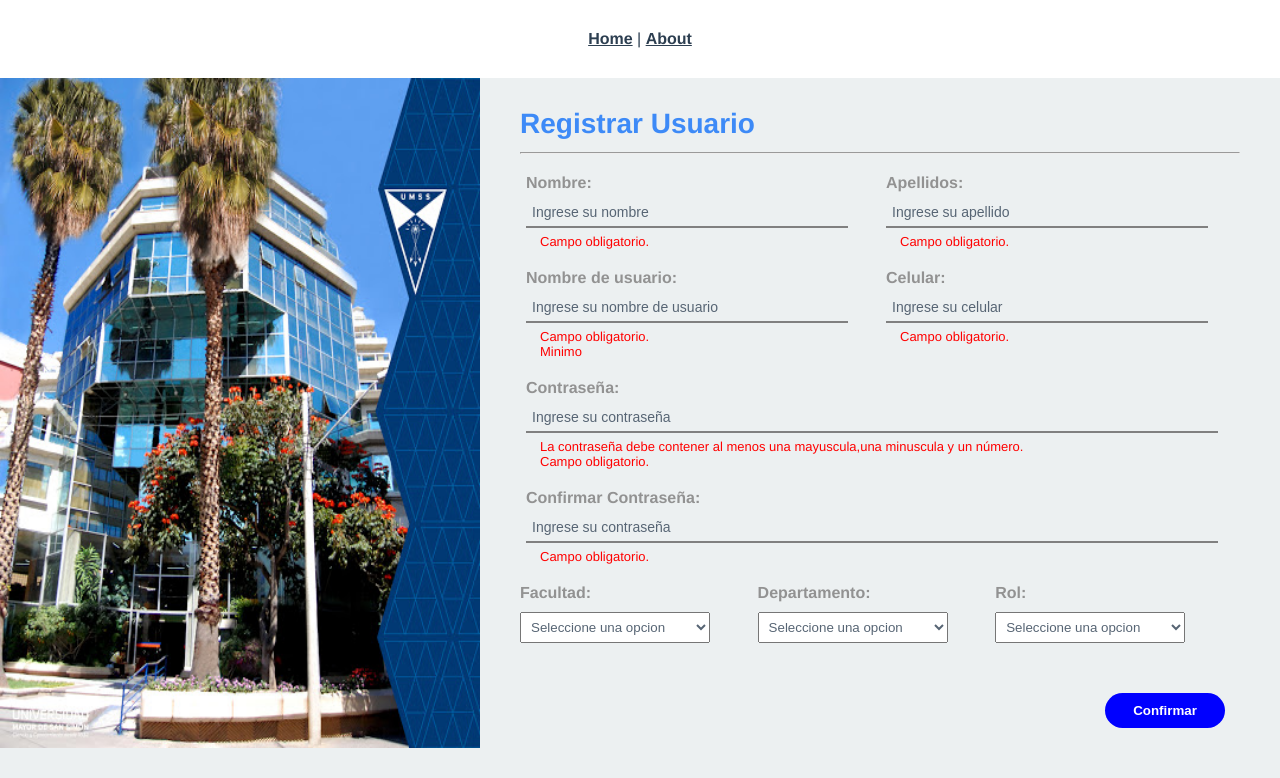
Repository: BritanyTorrico/front-cotizaciones
Page: /register
These files come from the project's save history. The page is drawn as it stood at one moment and after the next save; the edit follows.
The browser window is 1280 px wide. The pictures show the whole page.
The project was rebuilt for these pictures with package versions that can differ from the ones it lists, and the page was loaded fresh each time. Also part of the build but not shown: vue.config.js, src/components/HelloWorld.vue, src/views/Home.vue.

Above is the page before, as saved 2021-04-22 23:13:56.

### src/main.js
import Vue from "vue";
import App from "./App.vue";
import router from "./router";
import store from "./store";
import instance from "@/services/axios";
import Vuelidate from "vuelidate";
Vue.config.productionTip = false;
Vue.prototype.$http = instance;
Vue.use(Vuelidate);
new Vue({
    router,
    store,
    render: (h) => h(App),
}).$mount("#app");

### src/App.vue
<template>
  <div id="app">
    <div id="nav">
      <router-link to="/">Home</router-link> |
      <router-link to="/about">About</router-link>
    </div>
    <router-view />
  </div>
</template>

<style>
* {
  padding: 0;
  margin: 0;
}
:root {
  --color-title: #3d8af7;
  --color-name: #929292;
  --color-line: #c0c0c0;
}
#app {
  font-family: Avenir, Helvetica, Arial, sans-serif;
  -webkit-font-smoothing: antialiased;
  -moz-osx-font-smoothing: grayscale;
  text-align: center;
  color: #2c3e50;
}

#nav {
  padding: 30px;
}

#nav a {
  font-weight: bold;
  color: #2c3e50;
}

#nav a.router-link-exact-active {
  color: #42b983;
}
</style>

### src/router/index.js
import Vue from "vue";
import VueRouter from "vue-router";
import Home from "../views/Home.vue";

Vue.use(VueRouter);

const routes = [{
        path: "/",
        name: "Home",
        component: Home,
    },
    {
        path: "/about",
        name: "About",
        // route level code-splitting
        // this generates a separate chunk (about.[hash].js) for this route
        // which is lazy-loaded when the route is visited.
        component: () =>
            import ( /* webpackChunkName: "about" */ "../views/About.vue"),
    },
    {
        path: "/register",
        name: "RegisterUserPage",
        component: () =>
            import ("../views/RegisterUserPage.vue"),
    },
];

const router = new VueRouter({
    mode: "history",
    base: process.env.BASE_URL,
    routes,
});

export default router;

### src/services/axios.js
import axios from "axios";

const instance = axios.create({
    baseURL: "http://localhost:4000/",
    headers: { "Content-Type": "application/json" },
});

export default instance;

### src/views/RegisterUserPage.vue
<template>
  <div>
    <register-user />
  </div>
</template>

<script>
import RegisterUser from "@/components/User/RegisterUser.vue";
export default {
  components: { RegisterUser },
  name: "RegisterUserPage",
};
</script>

<style lang="scss" scoped></style>

### src/components/User/RegisterUser.vue
<template>
  <div class="container">
    <form @submit.prevent="submitForm">
      <div class="flex-container">
        <div class="form__image">
          <img src="@/assets/edificioUMSS.jpg" alt="" />
        </div>

        <div class="form__datos">
          <div class="form_title">
            <h1>Registrar Usuario</h1>
            <hr class="form__linea" />
          </div>
          <div class="form__section">
            <div class="form__name">
              <label
                ><div class="formulario_label">Nombre:</div>
                <input
                  v-on:keydown="keyhandler($event)"
                  :class="
                    $v.users.nombres.$invalid
                      ? 'form_check-input-error'
                      : 'form__input'
                  "
                  type="text"
                  placeholder="Ingrese su nombre"
                  v-model="users.nombres"
                />
              </label>
              <div class="form_check-error" v-if="!$v.users.nombres.required">
                Campo obligatorio.
              </div>
              <div class="form_check-error" v-if="!$v.users.nombres.maxLength">
                Máximo
                {{ $v.users.nombres.$params.maxLength.max }}caracteres.
              </div>
            </div>
            <div class="form__name">
              <label
                ><div class="formulario_label">Apellidos:</div>
                <input
                  :class="
                    $v.users.apellidos.$invalid
                      ? 'form_check-input-error'
                      : 'form__input'
                  "
                  type="text"
                  placeholder="Ingrese su apellido"
                  required
                  v-model="users.apellidos"
                />
              </label>
              <div class="form_check-error" v-if="!$v.users.apellidos.required">
                Campo obligatorio.
              </div>
              <div
                class="form_check-error"
                v-if="!$v.users.apellidos.maxLength"
              >
                Máximo
                {{ $v.users.apellidos.$params.maxLength.max }} caracteres.
              </div>
            </div>
          </div>
          <div class="form__section">
            <div class="form__name">
              <label
                ><div class="formulario_label">Nombre de usuario:</div>
                <input
                  :class="
                    $v.users.nombre_usuario.$invalid
                      ? 'form_check-input-error'
                      : 'form__input'
                  "
                  type="text"
                  placeholder="Ingrese su nombre de usuario"
                  v-model="users.nombre_usuario"
                  required
                />
              </label>
              <div
                class="form_check-error"
                v-if="!$v.users.nombre_usuario.required"
              >
                Campo obligatorio.
              </div>
              <div
                class="form_check-error"
                v-if="!$v.users.nombre_usuario.minLength"
              >
                Minimo
              </div>
              <div
                class="form_check-error"
                v-if="!$v.users.nombre_usuario.maxLength"
              >
                Máximo
                {{ $v.users.nombre_usuario.$params.maxLength.max }} caracteres.
              </div>
            </div>
            <div class="form__name">
              <label
                ><div class="formulario_label">Celular:</div>
                <input
                  :class="
                    $v.users.celular.$invalid
                      ? 'form_check-input-error'
                      : 'form__input'
                  "
                  type="text"
                  placeholder="Ingrese su celular"
                  v-model="users.celular"
                />
              </label>
              <div class="form_check-error" v-if="!$v.users.celular.required">
                Campo obligatorio.
              </div>
            </div>
          </div>
          <div class="form__section2">
            <div class="formulario_label">Contraseña:</div>
            <input
              type="password"
              :class="
                $v.users.contrasena.$invalid
                  ? 'form_check-input-error'
                  : 'form__input'
              "
              placeholder="Ingrese su contraseña"
              v-model="users.contrasena"
            />

            <div class="form_check-error" v-if="!$v.users.contrasena.valid">
              La contraseña debe contener al menos una mayuscula,una minuscula y
              un número.
            </div>
            <div class="form_check-error" v-if="!$v.users.contrasena.required">
              Campo obligatorio.
            </div>
            <div class="form_check-error" v-if="!$v.users.contrasena.maxLength">
              Contraseña muy larga máximo
              {{ $v.users.contrasena.$params.maxLength.max }} caracteres.
            </div>
          </div>
          <div class="form__section2">
            <div class="formulario_label">Confirmar Contraseña:</div>
            <input
              type="password"
              :class="
                $v.users.confirmarContraseña.$invalid
                  ? 'form_check-input-error'
                  : 'form__input'
              "
              placeholder="Ingrese su contraseña"
              v-model="users.confirmarContraseña"
              id="validar"
            />
            <div
              class="form_check-error"
              v-if="!$v.users.confirmarContraseña.required"
            >
              Campo obligatorio.
            </div>
            <div
              class="form_check-error"
              v-if="!$v.users.confirmarContraseña.sameAsPassword"
            >
              Las contraseñas debe coincidir.
            </div>
            <div
              class="form_check-error"
              v-if="!$v.users.confirmarContraseña.maxLength"
            >
              Contraseña muy larga maximo
              {{ $v.users.confirmarContraseña.$params.maxLength.max }}
              caracteres.
            </div>
          </div>
          <div class="form__section3">
            <div class="fomrm__section__item">
              <lista-desplegable
                v-model="users.facultad"
                nombreLista="Facultad:"
                :lista="listfacultad"
              ></lista-desplegable>
            </div>
            <div class="fomrm__section__item">
              <lista-desplegable
                v-model="users.departamento"
                nombreLista="Departamento:"
                :lista="listDepartament"
              ></lista-desplegable>
            </div>
            <div class="fomrm__section__item">
              <lista-desplegable
                v-model="users.nombre_rol"
                nombreLista="Rol:"
                :lista="listRoles"
              ></lista-desplegable>
            </div>
          </div>
          <div class="boton">
            <input type="submit" value="Confirmar" class="boton__input" />
          </div>
          <Alert ref="alert"></Alert>
        </div>
      </div>
    </form>
  </div>
</template>

<script>
import {
  required,
  minLength,
  maxLength,
  sameAs,
} from "vuelidate/lib/validators";
import ListaDesplegable from "./ListaDesplegable.vue";
import Alert from "@/components/User/Alert.vue";
export default {
  components: { ListaDesplegable, Alert },
  name: "RegisterUser",
  data() {
    return {
      users: {
        nombre_usuario: null,
        contrasena: null,
        confirmarContraseña: null,
        nombres: null,
        apellidos: null,
        celular: null,
        facultad: null,
        departamento: null,
        nombre_rol: null,
      },
      listDepartament: [
        "Ingeniería de Sistemas",
        "Ingeniería Informática",
        "Ingeniería Civil",
        "Ingeniería Mecánica",
        "Administración",
      ],
      listfacultad: [
        "FACULTAD DE CIENCIAS Y TECNOLOGIA",
        "FACULTAD DE CIENCIAS ECONÓMICAS",
      ],
      listRoles: [
        "Super Usuario",
        "Jefe de Departamento",
        "Secretario",
        "Cotizador",
        "Responsable de Presupuestos",
      ],
    };
  },

  validations: {
    users: {
      nombres: {
        required,
        minLength: minLength(3),
        maxLength: maxLength(20),
      },
      apellidos: {
        required,
        minLength: minLength(4),
        maxLength: maxLength(30),
      },
      nombre_usuario: {
        required,
        maxLength: maxLength(20),
      },
      contrasena: {
        required,
        minLength: minLength(8),
        maxLength: maxLength(20),
        valid: function(value) {
          const containsUppercase = /[A-Z]/.test(value);
          const containsNumber = /[0-9]/.test(value);
          const containsLowercase = /[a-z]/.test(value);
          const containsSpecial = /[#?!@$%^&*-]/.test(value);
          return (
            containsUppercase &&
            containsLowercase &&
            containsNumber &&
            containsSpecial
          );
        },
      },
      confirmarContraseña: {
        required,
        minLength: minLength(8),
        maxLength: maxLength(20),
        sameAsPassword: sameAs("contrasena"),
      },
      celular: {
        required,
        minLength: minLength(8),
      },
    },
  },

  methods: {
    keyhandler(e) {
      if (!e.key.match(/^[a-zA-Z0-9ñÑáéíóúÁÉÍÓÚ.\s]*$/)) {
        e.preventDefault();
      }
    },
    async submitForm() {
      try {
        if (!this.$v.users.$invalid) {
          console.log("creo");
          await this.sendDataUsers();

          this.alert("success", "Usuario creado exitosamente");
          await this.sendUsernameRol();
        } else {
          this.alert("warning", "Rellene todos los datos correctamente");
        }
      } catch (error) {
        this.alert("warning", "Error al crear usuario");
      }
    },

    async sendUsernameRol() {
      try {
        console.log("roles");
        await this.$http.post("usersPerRole", {
          nombre_rol: this.users.nombre_rol,
          nombre_usuario: this.users.nombre_usuario,
        });
      } catch (error) {
        throw new Error("ALGO SALIO MAL");
      }
    },
    async sendDataUsers() {
      try {
        console.log(this.users);
        await this.$http.post("users", {
          nombre_usuario: this.users.nombre_usuario,
          contrasena: this.users.contrasena,
          nombres: this.users.nombres,
          apellidos: this.users.apellidos,
          celular: this.users.celular,
          facultad: this.users.facultad,
          departamento: this.users.departamento,
        });
      } catch (error) {
        throw new Error("ALGO SALIO MAL");
      }
    },
    alert(alertType, alertMessage) {
      this.$refs.alert.showAlert(alertType, alertMessage);
    },
  },
};
</script>

<style lang="css" scoped>
.flex-container {
  display: flex;
  background-color: #ecf0f1;
}
.form__image {
  width: 40%;
}
.form__image img {
  width: 100%;
  height: 670px;
}

.form__datos {
  width: 60%;
  margin-left: 40px;
  margin-right: 40px;
}
.form_title {
  color: var(--color-title);
  text-align: left;
  font-size: 14px;
}
.form_title h1 {
  padding-top: 30px;
  padding-bottom: 12px;
}
.form__linea {
  color: var(--color-title);
}
.form__input {
  width: 100%;
  padding: 6px;
  margin: 6px 6px;
  border: none;
  border-bottom: 2px solid var(--color-line);
  background-color: transparent;
  color: black;
  font-size: 14px;
}
.form_check-input-error {
  width: 100%;
  padding: 6px;
  margin: 6px 6px;
  border: none;
  border-bottom: 2px solid gray;
  background-color: transparent;
  color: black;
  font-size: 14px;
}
.form__input:focus {
  background: linear-gradient(to bottom, transparent, #ced6e0);
  outline: none;
  border-bottom: 2px solid #747d8c;
}
.form_check-input-error:focus {
  background: linear-gradient(to bottom, transparent, #ced6e0);
  outline: none;
  border-bottom: 2px solid red;
}
::placeholder {
  color: #576574;
}
.form__section {
  margin-top: 20px;
  display: flex;
}
.form__section2 {
  margin-top: 20px;
  margin-right: 40px;
}
.form__section3 {
  display: flex;
}
.fomrm__section__item {
  width: 33%;
}
.formulario_label {
  padding-left: 6px;
  color: var(--color-name);
  text-align: left;
  font-weight: bold;
}
.form__name {
  width: 100%;
  padding-right: 50px;
}
.boton {
  align-items: left;
  margin: 50px 15px;
  text-align: right;
}
.boton__input {
  width: 120px;
  height: 35px;
  border-radius: 30px;
  background: blue;
  color: white;
  font-weight: bold;
  border-bottom: none;
  border: none;
}
.form_check-error {
  color: red;
  font-size: 13px;
  text-align: left;
  margin-left: 20px;
}
</style>

### src/components/User/ListaDesplegable.vue
<template>
  <div class="container">
    <div class="container__label">{{ nombreLista }}</div>
    <select
      v-on:input="$emit('input', $event.target.value)"
      class="container__list"
    >
      <option selected="true" disabled="disabled">Seleccione una opcion</option>
      <option
        class="container__list__option"
        v-for="(item, index) in lista"
        :key="index"
        :value="item"
      >
        {{ item }}</option
      >
    </select>
  </div>
</template>

<script>
export default {
  name: "ListaDesplegable",
  data() {
    return {};
  },
  props: {
    value: String,
    nombreLista: String,
    nombre: String,
    lista: Array,
  },

  methods: {},
};
</script>

<style lang="css" scoped>
.container {
  text-align: left;
  padding-top: 20px;
}
.container__label {
  color: var(--color-name);
  margin-bottom: 10px;
  font-weight: bold;
}
.container__list {
  width: 80%;
  color: #576574;
  padding: 6px;
}
.container__list__option {
}
</style>

### src/components/User/Alert.vue
<template>
  <div v-if="show" class="alert" :class="type">
    <span class="closebtn" @click="hideAlert()">&times;</span>
    {{ message }}
  </div>
</template>

<script>
export default {
  name: "Alert",
  data() {
    return {
      show: false,
      type: "",
      message: "",
    };
  },
  methods: {
    showAlert(alertType, alertMessage) {
      this.type = alertType;
      this.message = alertMessage;
      this.show = true;
    },
    hideAlert() {
      this.show = false;
    },
  },
};
</script>

<style scoped>
.alert {
  display: block;
  padding: 20px;
  color: white;
  top: 30px;
  right: 0px;
  position: fixed;
  z-index: 2;
}
.success {
  background-color: #0064d0;
}
.warning {
  background-color: #ed1c24;
}
.closebtn {
  margin-left: 15px;
  color: white;
  font-weight: bold;
  float: right;
  font-size: 22px;
  line-height: 20px;
  cursor: pointer;
  transition: 0.3s;
}
.closebtn:hover {
  color: black;
}
</style>

Loaded but not shown: public/index.html (common file); src/store/index.js (common file)

After the next save:
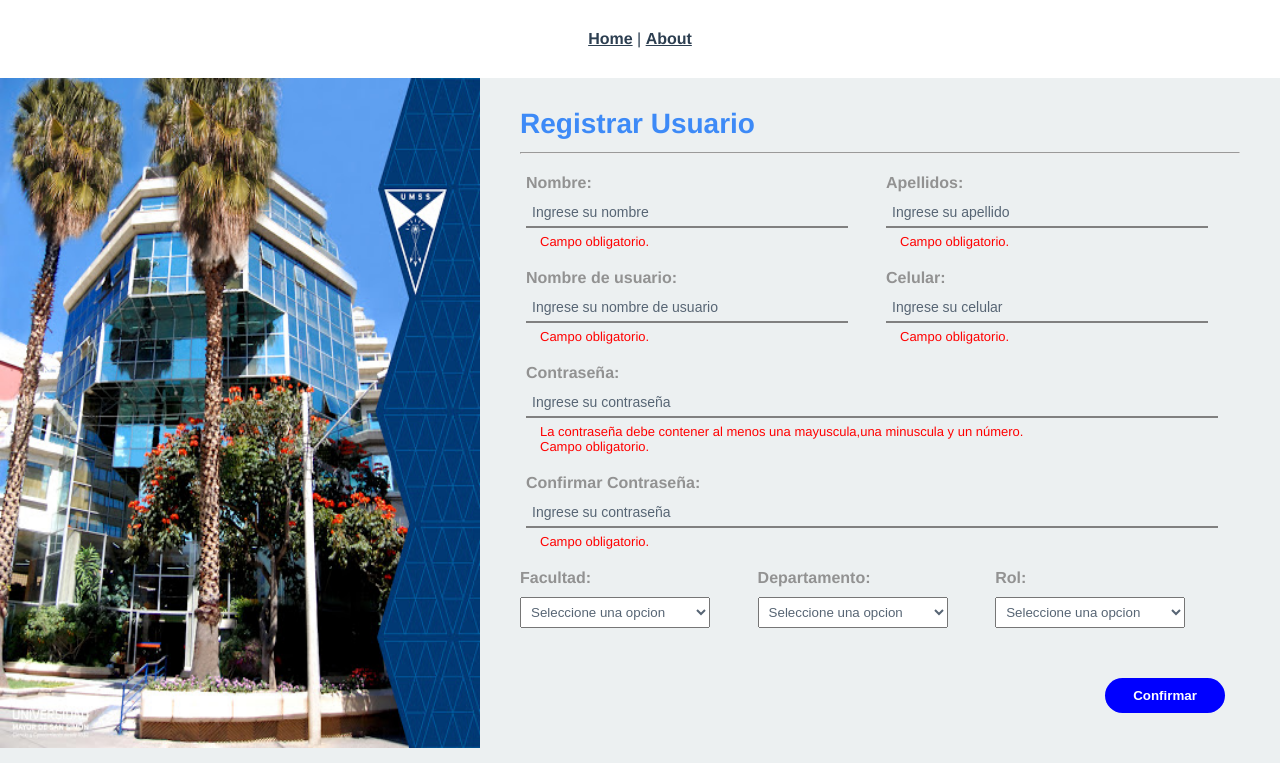
Saved 12 s later.
--- a/src/components/User/RegisterUser.vue
+++ b/src/components/User/RegisterUser.vue
@@ -86,7 +86,7 @@
               </div>
               <div
                 class="form_check-error"
-                v-if="!$v.users.nombre_usuario.minLength"
+                v-if="$v.users.nombre_usuario.minLength"
               >
                 Minimo
               </div>

After the save that followed:
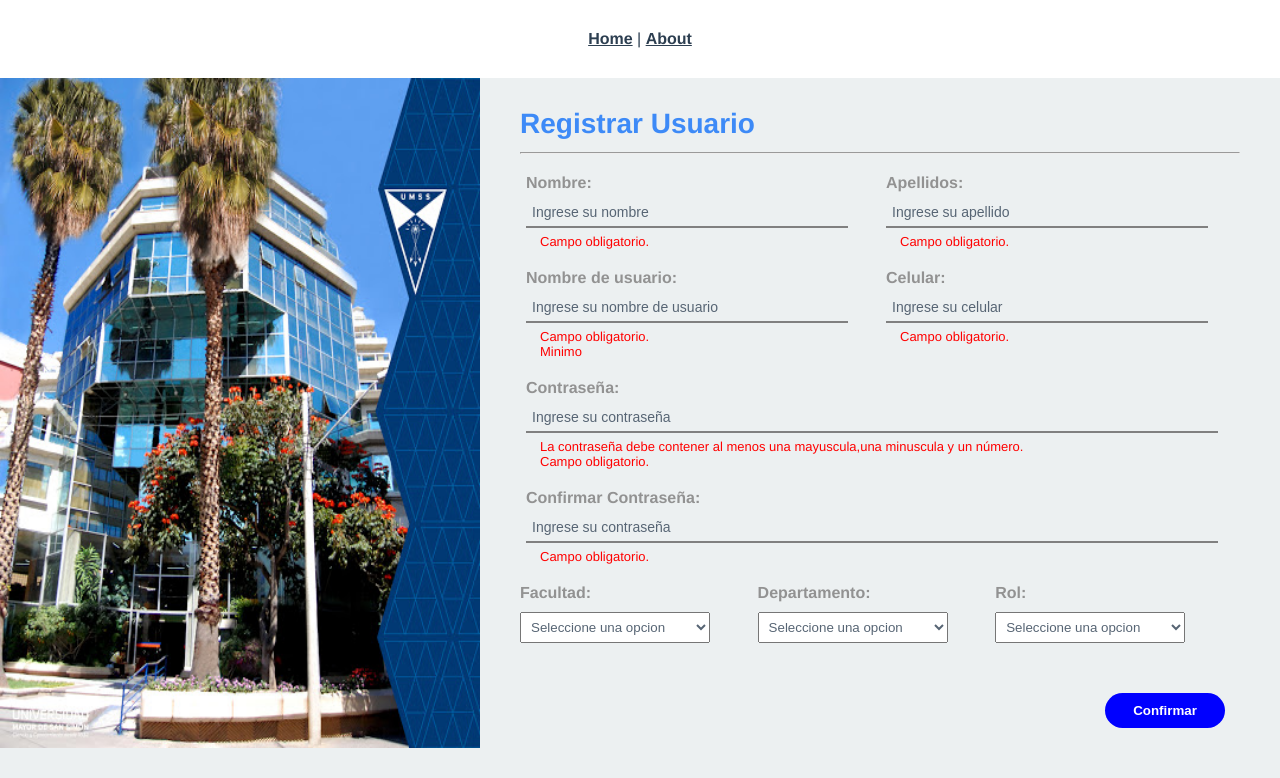
Saved 8 s later.
--- a/src/components/User/RegisterUser.vue
+++ b/src/components/User/RegisterUser.vue
@@ -86,7 +86,7 @@
               </div>
               <div
                 class="form_check-error"
-                v-if="$v.users.nombre_usuario.minLength"
+                v-if="!$v.users.nombre_usuario.minLength"
               >
                 Minimo
               </div>
